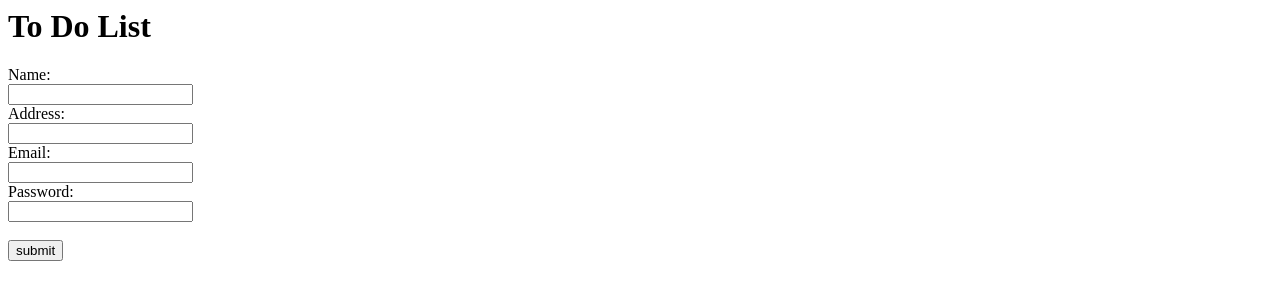
Repository: TharanyaM/Adaptavant--project
Page: Jdo/war/index.html
An editor plug-in stored every save of this project. The page is shown before and after the next save, followed by the edit.
The browser window is 1280 px wide. The pictures show the whole page.

Above is the page before, as saved 2015-10-19 15:22:23.

### Jdo/war/index.html
<!DOCTYPE HTML PUBLIC "-//W3C//DTD HTML 4.01 Transitional//EN">
<!-- The HTML 4.01 Transitional DOCTYPE declaration-->
<!-- above set at the top of the file will set     -->
<!-- the browser's rendering engine into           -->
<!-- "Quirks Mode". Replacing this declaration     -->
<!-- with a "Standards Mode" doctype is supported, -->
<!-- but may lead to some differences in layout.   -->

<html>
  <head>
    <meta http-equiv="content-type" content="text/html; charset=UTF-8">
    <title>To Do</title>
  </head>

  <body>
    <h1>To Do List</h1>

    <form action="/StuDetails" method="get">
  Name:<br>
  <input type="text" name="Name">
  <br>
  Address:<br>
  <input type="text" name="adress">
  <br>
  Email:<br>
  <input type="text" name="Email">
  <br>
  Password:<br>
  <input type="password" name="password">
  <br><br>
  <input type="submit" value="submit">
</form>
  </body>
</html>

After the next save:
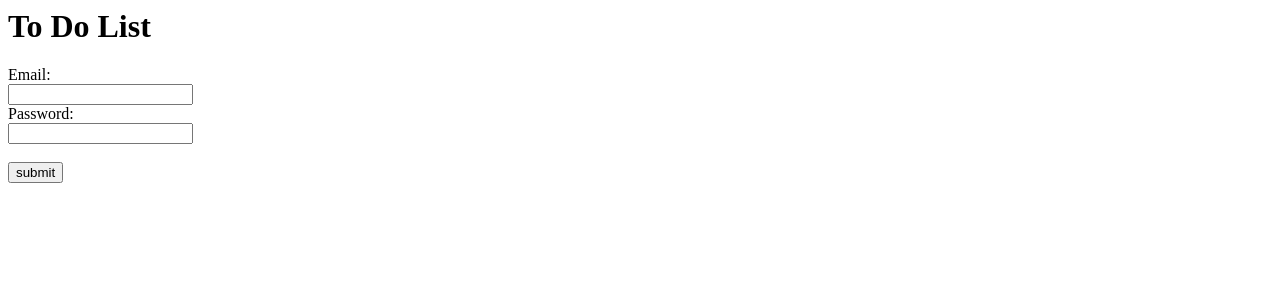
Saved 16 min 28 s later.
--- a/Jdo/war/index.html
+++ b/Jdo/war/index.html
@@ -16,12 +16,7 @@
     <h1>To Do List</h1>
 
     <form action="/StuDetails" method="get">
-  Name:<br>
-  <input type="text" name="Name">
-  <br>
-  Address:<br>
-  <input type="text" name="adress">
-  <br>
+
   Email:<br>
   <input type="text" name="Email">
   <br>
